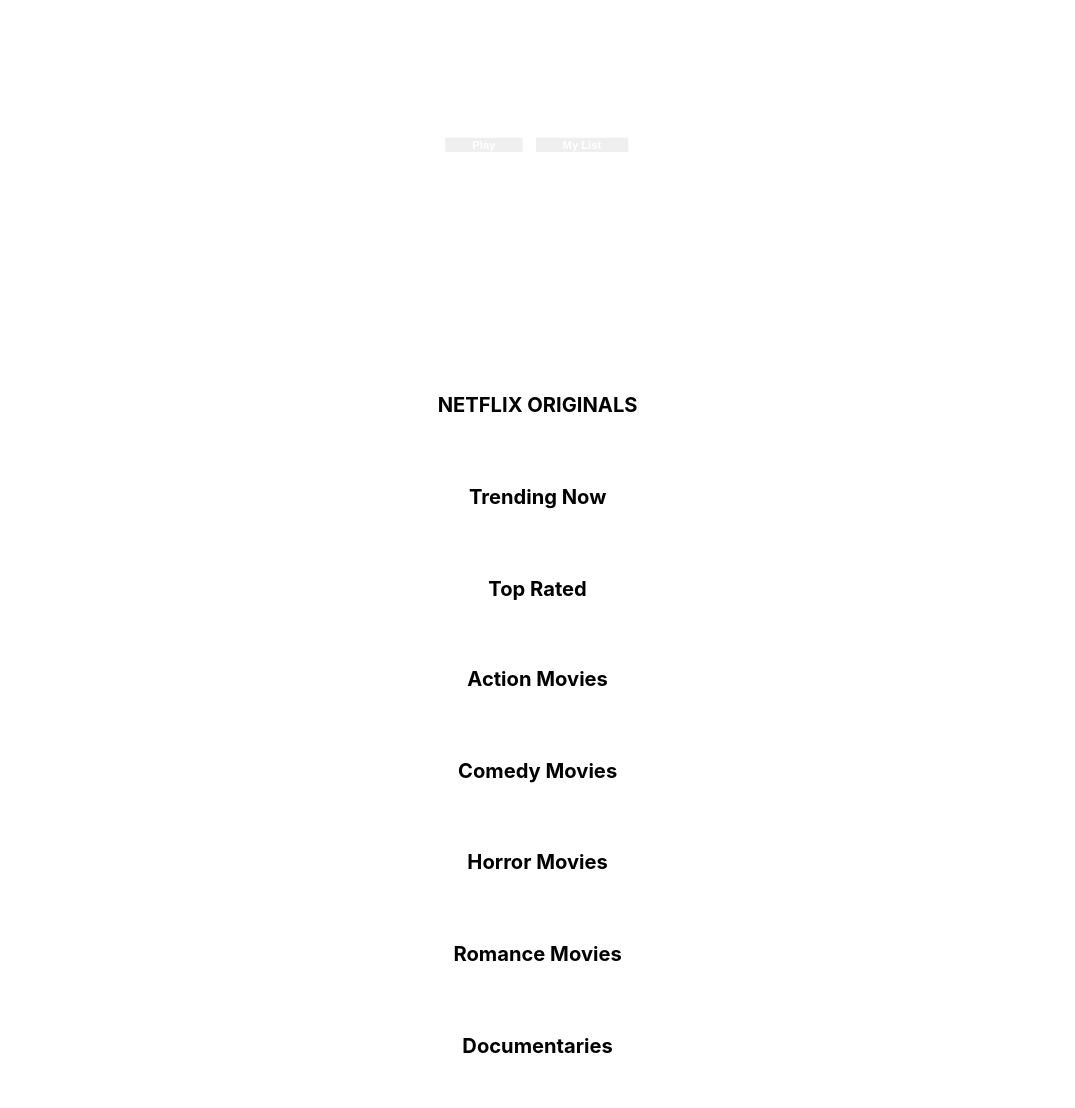
Repository: Aaasifsheikh/netflix-clone
Page: /
These files come from the project's save history. The page is drawn as it stood at one moment and after a run of saves; the edit follows.
The browser window is 1280 px wide. The pictures show the whole page, at 84% of full size.
The page's requests for data from a server got no answer. The project was rebuilt for these pictures with package versions that can differ from the ones it lists, and the page was loaded fresh each time. No one was signed in, and anything a server would have sent is missing.

Above is the page before, as saved 2020-11-19 22:47:23.

### src/App.js
import "./App.css";
import Banner from "./Banner";
import requests from "./requests";
import Row from "./Row";

function App() {
  return (
    <div className="App">
    <Banner />
      <Row title="NETFLIX ORIGINALS" fetchUrl={requests.fetchNetflixOriginals} isLargeRow />
      <Row title="Trending Now" fetchUrl={requests.fetchTrending} />
      <Row title="Top Rated" fetchUrl={requests.fetchTopRated} />
      <Row title="Action Movies" fetchUrl={requests.fetchActionMovies} />
      <Row title="Comedy Movies" fetchUrl={requests.fetchComedyMovies} />
      <Row title="Horror Movies" fetchUrl={requests.fetchHorrorMovies} />
      <Row title="Romance Movies" fetchUrl={requests.fetchRomanceMovies} />
      <Row title="Documentaries" fetchUrl={requests.fetchDocumentaries} />
    </div>
  );
}

export default App;

### src/Banner.jsx
import React, { useEffect, useState } from "react";
import axios from "./axios";
import requests from "./requests";
import "./Banner.css";

function Banner() {
  const [movie, setMovie] = useState([]);
  useEffect(() => {
    async function fetchData() {
      const request = await axios.get(requests.fetchNetflixOriginal);
      setMovie(
        request.data.results[
          Math.floor(Math.random() * request.data.results.length - 1)
        ]
      );
      return request;
    }
    fetchData();
  }, []);
  return (
    <header
      className="banner"
      style={{
        backgroundSize: "cover",
        backgroundImage: `url("https://image.tmdb.org/t/b/original/${movie?.backdrop_path}"),backgroundPosition:"center center`,
      }}
    >
      <div className="banner_contents">
        <h1>{movie?.title || movie?.name || movie?.original_name}</h1>
        <div className="banner_button">
          <button className="banner_button">Play</button>
          <button className="banner_button">My List</button>
        </div>
        <h1 classNames="banneer_description">{movie?.overview}</h1>
      </div>
    </header>
  );
}

export default Banner;

### src/requests.js
const API_KEY = "a1a30cddf9378347c51dc3b763046559";

const requests = {
  fetchTrending: `/trending/all/week?api_key=${API_KEY}&language=en-us`,
  fetchNetflixOriginals: `/discover/tv?api_key=${API_KEY}&with_network=213`,
  fetchTopRated: `/movie/top_rated?api_key=${API_KEY}&language=en-us`,
  fetchActionMovies: `/discover/movie?api_key=${API_KEY}&with_genres=28`,
  fetchComedyMovies: `/discover/movie?api_key=${API_KEY}&with_genres=35`,
  fetchHorrorMovies: `/discover/movie?api_key=${API_KEY}&with_genres=27`,
  fetchRomanceMovies: `/discover/movie?api_key=${API_KEY}&with_genres=10749`,
  fetchDocumentaries: `/discover/movie?api_key=${API_KEY}&with_genres=99`,
};
export default requests;

### src/Row.jsx
import React, { useEffect, useState } from "react";
import axios from "./axios";
import "./Row.css";

const base_url = "https://image.tmdb.org/t/p/original/";

function Row({ title, fetchUrl, isLargeRow }) {
  const [movies, setMovies] = useState([]);
  // it run snippet of code on the basis of specific condition
  useEffect(() => {
    async function fetchData() {
      const request = await axios.get(fetchUrl);
      setMovies(request.data.results);
      //   console.log(request.data.results);
      return request;
    }
    fetchData();
  }, [fetchUrl]);
  console.table(movies);

  return (
    <div className="row">
      <h2>{title}</h2>
      <div className="row_posters">
        {movies.map((movie) => (
          <img
            key={movie.id}
            className={`row_poster ${isLargeRow && "row_posterLarge"}`}
            src={`${base_url}${
              isLargeRow ? movie.poster_path : movie.backdrop_path
            }`}
            alt={movie.name}
          />
        ))}
      </div>
    </div>
  );
}

export default Row;

### src/axios.js
import axios from "axios";

// base url to make requests to the the movie database
const instance = axios.create({
  baseURL: "https://api.themoviedb.org/3",
});
export default instance;

### src/Banner.css
.banner {
  color: white;
  object-fit: contain;
  height: 448px;
}
.banner_contents {
  margin-left: 30px;
  padding-top: 140px;
  height: 190px;
}
.banner_title {
  font-size: 3rem;
  font-weight: 800;
  height: 190px;
}
.banner_description {
  width: 45rem;
  line-height: 1.3;
  padding-top: 1rem;
  font-style: 0.8rem;
  max-width: 360px;
  height: 80px;
}
.banner_button{
    cursor: pointer;
    color: #fff;
    outline: none;
    border: none;
    font-weight: 700;
    border-radius: 0.2 vw;
    padding-left: 2rem;
    padding-right: 2rem;
    margin-right: 1rem;
    padding-top: ;

}

### src/Row.css
.row_posters {
  display: flex;
  padding: 20px;
  overflow-y: scroll;
  overflow-x: hidden;
}
.row_poster::-webkit-scrollbar {
  display: none;
}
.row_poster {
  object-fit: contain;
  width: 100%;
  max-height: 150px;
  margin-right: 10px;
  transition: transform 450ms;
}
.row_poster:hover {
  transform: scale(1.08);
}

.row_posterLarge {
  max-height: 300px;
}

.row_posterLarge:hover {
    transform: scale(1.09);
}

Loaded but not shown: public/index.html (common file); src/index.js (common file); src/index.css (common file); src/App.css (common file)

After the next 3 saves:
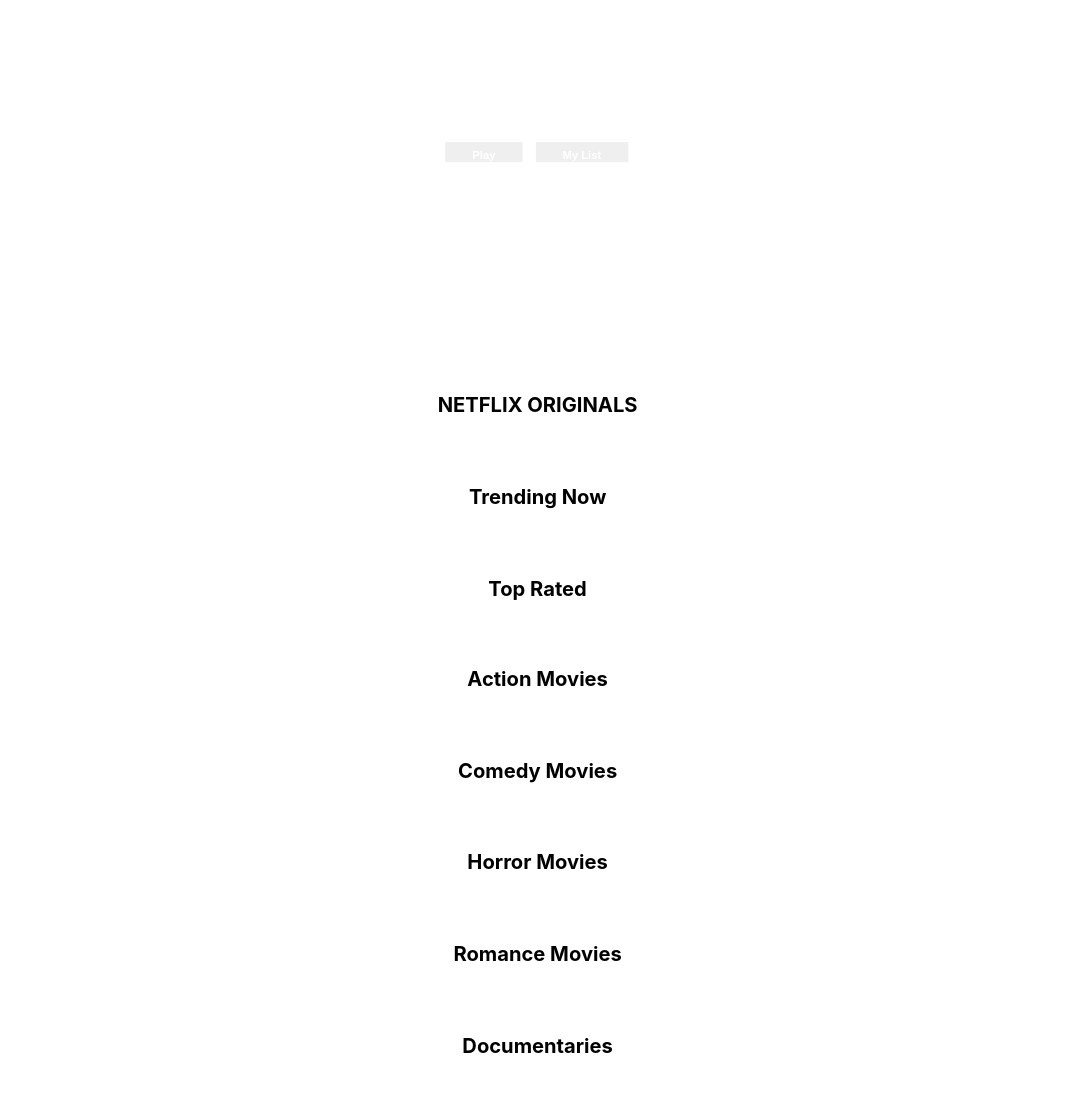
The 3 saves are shown as one change because they came seconds apart.
The last was saved 10 s later.
--- a/src/Banner.css
+++ b/src/Banner.css
@@ -31,6 +31,7 @@
     padding-left: 2rem;
     padding-right: 2rem;
     margin-right: 1rem;
-    padding-top: ;
+    padding-top: 0.5rem;
+    background-color: ;
 
 }
